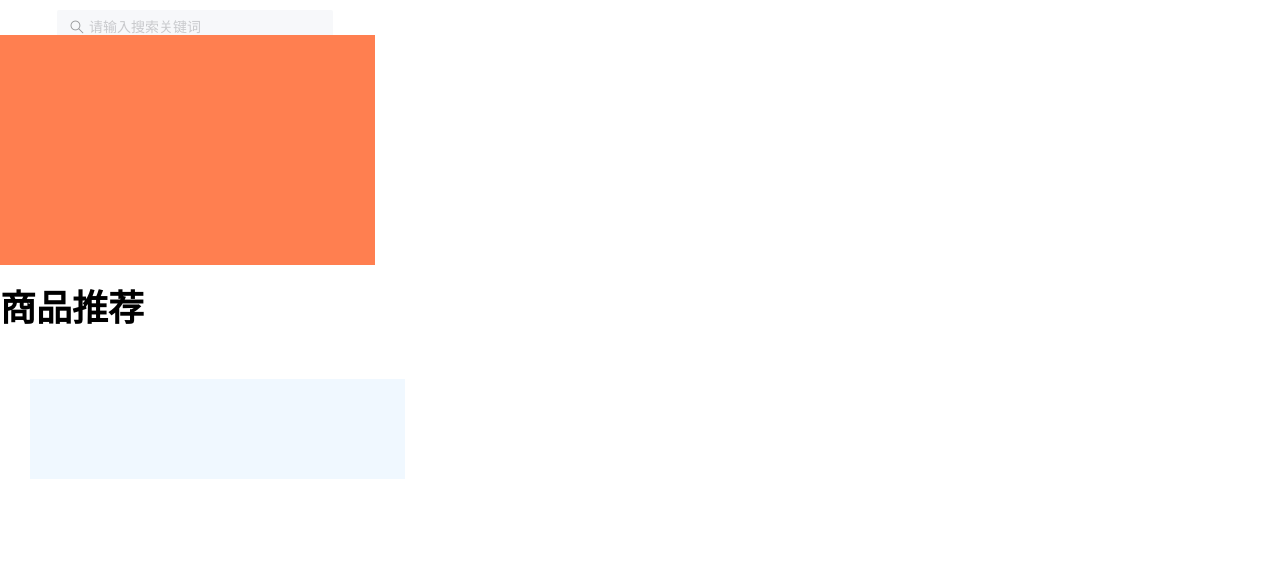
Repository: liyang777777/shangcheng
Page: /
The author's editor kept a copy of each file at every save. The page is drawn from the files as they stood at one save, then again after the next save.
The browser window is 1280 px wide. The pictures show the whole page.
The page's requests for data from a server got no answer. The project was rebuilt for these pictures with package versions that can differ from the ones it lists, and the page was loaded fresh each time. No one was signed in, and anything a server would have sent is missing. Also part of the build but not shown: vue.config.js. Imported but missing from the stored project, and not drawn on this page: src/views/About.

Above is the page before, as saved 2020-06-24 15:05:39.

### src/main.js
import Vue from 'vue';
import App from './App.vue';
import router from './router';
import store from './store';
import Vant from 'vant';
import 'vant/lib/index.css';
import api from '../src/http/api'
import { Form } from 'vant';
import { Search } from 'vant';
import { Swipe, SwipeItem } from 'vant';
import { Image as VanImage } from 'vant';
import { Card } from 'vant';
import { Icon } from 'vant';
import { PullRefresh } from 'vant';

Vue.config.productionTip = false
Vue.use(Vant);
Vue.prototype.$api = api
Vue.use(Form);
Vue.use(Search);
Vue.use(Swipe);
Vue.use(SwipeItem);
Vue.use(VanImage);
Vue.use(Card);
Vue.use(Icon);
Vue.use(PullRefresh);

new Vue({
  router,
  store,
  render: h => h(App)
}).$mount('#app')

### src/App.vue
<template>
  <div id="app">

    <router-view/>
  </div>
</template>

<style lang="scss">

</style>

### src/router/index.js
import Vue from 'vue'
import VueRouter from 'vue-router'
import Home from '../views/Home.vue'


Vue.use(VueRouter)

  const routes = [
  {
    path: '/',
    name: 'Home',
    component: Home
  },
  {
    path: '/about',
    name: 'About',

    component: () => import('../views/About')
  },
  {
    path: '/details',
    name: 'Details',

    component: () => import('../views/details/Details')
  },
  {
    path: '/login',
    name: 'Login',

    component: () => import('../views/login/Login')
  }
]

const router = new VueRouter({
  mode: 'history',
  base: process.env.BASE_URL,
  routes
})

export default router

### src/store/index.js
import Vue from 'vue'
import Vuex from 'vuex'

Vue.use(Vuex)

export default new Vuex.Store({
  state: {
    slides: [],
    category: [],
    recommend: [],
    floor1: [],
    floor2: [],
    floor3: [],
    floorNameFloor1: [],
    floorNameFloor2: [],
    floorNameFloor3: [],
    hotGoods: []
  },

  mutations: {
    setSlides(state,data) {
      state.slides = data
    },
    setCategory(state,data) {
      state.category = data
    },
    setRecommend(state,data) {
      state.recommend = data
    },
    setFloor1(state,data) {
      state.floor1 = data
    },
    setFloor2(state,data) {
      state.floor2 = data
    },
    setFloor3(state,data) {
      state.floor3 = data
    },
    setFloorNameFloor1(state,data) {
      state.floorNameFloor1 = data
    },
    setFloorNameFloor2(state,data) {
      state.floorNameFloor2 = data
    },
    setFloorNameFloor3(state,data) {
      state.floorNameFloor3 = data
    },
    setHotGoods(state,data) {
      state.hotGoods = data
    },
  },
  actions: {
  },
  modules: {
  }
})

### src/http/api.js
import service from './index'

export default {
    // login(params) {
    //     return service.post('/user/login',params)
    // },
    // 获取首页数据
    getDataHome() {
        return service.get('/recommend')
    },
    // 搜索
    getDataSearch(value) {
        return service.get('/search')
    },
    // 分类查询
    getDataQuery(id) {
        return service.get('/classification?mallSubId=${id}')
    },
    // 查询获取购物车数据
    getDataCart() {
        return service.get('/getCard')
    },
    // 单个商品详情
    getDataSingle() {
        return service.get('/goods/one?id=${id}')
    },
    //  查询用户订单数量
    getDataUser() {
        return service.get('/myOrder/orderNum')
    },
    //  获取登录注册默认验证码
    getDataCode() {
        return service.get('/v1/verify')
    },
    // 查询用户收货地址
    getDataCustomer() {
        return service.get('/getAddress')
    },
    // 查询默认收货地址
    getDataDefault() {
        return service.get('/getDefaultAddress')
    },
    // 查询我的收藏
    getDataCollection() {
        return service.get('/collection/list')
    },
    // 订单查询
    getDataOrquery() {
        return service.get('/getMyOrder')
    },
    // 查询已评价
    getDataEvaluated() {
        return service.get('/alreadyEvaluated')
    },
    // 查询未评价
    getDataNotEvaluated() {
        return service.get('/tobeEvaluated')
    },
    // 购物车加减商品
    getEditCart(count, id, mallPrice) {
        return service.post('/editCart', {
            count,
            id,
            mallPrice
        })
    },
    // 购物车商品删除
    getDeleteShop(id) {
        return service.post('/deleteShop', {
            id
        })
    },
    // 购物车支付页面
    getder(address, tel, orderld, totalPrice, idDirect, count) {
        return service.post('/order', {
            address,
            tel,
            orderld,
            totalPrice,
            idDirect,
            count
        })
    },
    // 收藏单个商品
    getCollection(goods) {
        return service.post('/collection', {
            goods
        })
    },
    // 取消收藏
    getCancelCollection(id) {
        return service.post('/cancelCollection', {
            id
        })
    },
    // 查询商品是否已收藏
    getIsCollection(id) {
        return service.post('/isCollection', {
            id
        })
    },
    // 加入购物车
    getAddShop(id) {
        return service.post('/addShop', {
            id
        })
    },
// 退出登录
    getLoginOut() {
        return service.post('/loginOut')
    },
    // 获取用户信息
    getQueryUser() {
        return service.post('/queryUser')
    },
    // 修改保存用户信息
    getSaveUser() {
        return service.post('/saveUser', {
            year,
            month,
            day,
            id,
            nickname
        })
    },
    // 商品评论
    getGoodsOne() {
        return service.post('/goodsOne/comment', {
            id,
            rate,
            content,
            anonymous,
            _id,
            order_id,
            image
        })
    },
    // 设置默认收货地址
    getSetDefaultAddress() {
        return service.post('/setDefaultAddress',{
            id
        })
    },
    // 增加收货地址
    getName() {
        return service.post('/address', {
            name,
            tel,
            address,
            isDefault,
            province,
            city,
            county,
            addressDetail,
            areaCode,
            id
        })
    },
    // 删除地址
    getDeleteAddress() {
        return service.post('/deleteAddress',{
            id
        })
    },
    // 注册
    getRegister() {
        return service.post('/register',{
            nickname,
            password,
            verify
        })
    },
    // 登录
    getLogin() {
        return service.post('/login',{
            nickname,
            password,
            verify
        })
    },
    // 查询单条评论
    getEluateOne() {
        return service.post('/evaluateOne',{
            id,
            _id
        })
    }
}

### src/views/Home.vue
<template>
  <div class="All">
    <div>
      <Nav></Nav>
    </div>
    <div>
      <Roc></Roc>
    </div>
    <div>
      <Mip></Mip>
    </div>
    <div>
      <Prre></Prre>
    </div>
    <div>
      <Snacks></Snacks>
    </div>
    <div>
      <Dap></Dap>
    </div>
    <div>
      <Fruits></Fruits>
    </div>
    <div>
      <Hgo></Hgo>
    </div>
  </div>
</template>

<script>
import axios from "axios";
import Nav from "../components/Nav";
import Roc from "../components/Roc";
import Mip from "../components/Mip";
import Prre from "../components/Prre";
import Snacks from "../components/Snacks";
import Fruits from "../components/Fruits";
import Dap from "../components/Dap";
import Hgo from "../components/Hgo";
export default {
  name: "",
  props: {},
  components: {
    Nav,
    Roc,
    Mip,
    Prre,
    Snacks,
    Hgo,
    Fruits,
    Dap
  },
  data() {
    return {};
  },
  methods: {},
  mounted() {
    this.$api
      .getDataHome()
      .then(res => {
        this.$store.commit("setSlides", res.data.slides); //轮播图
        this.$store.commit("setCategory", res.data.category); //中间部分
        this.$store.commit("setRecommend", res.data.recommend); //商品推荐
        this.$store.commit("setFloor1", res.data.floor1); //休闲食品
        this.$store.commit("setFloor2", res.data.floor2); //新鲜水果
        this.$store.commit("setFloor3", res.data.floor3); //营养奶品
        this.$store.commit("setFloorNameFloor1", res.data.floorName.floor1);
        this.$store.commit("setFloorNameFloor2", res.data.floorName.floor2);
        this.$store.commit("setFloorNameFloor3", res.data.floorName.floor3);
        this.$store.commit("setHotGoods",res.data.hotGoods)
        console.log(res.data.hotGoods);
      })
      .catch(err => {
        console.log(err);
      });
  },
  watch: {},
  computed: {}
};
</script>

<style scoped lang='scss'>
</style>

### src/http/index.js
import axios from 'axios'
const service = axios.create({
    baseURL: '/api',
    timeout: 10000
})


service.interceptors.response.use( res => {
    return res.data
})


export default service

### src/components/Nav.vue
<template>
  <!-- 顶部 -->
  <div class="content">
    <div class="box2">
      <van-search v-model="value" placeholder="请输入搜索关键词" />
    </div>
  </div>
</template>

<script>
import { Toast } from "vant";
export default {
  name: "",
  props: {},
  components: {},
  data() {
    return {
      value: ""
    };
  },
  methods: {},
  mounted() {},
  watch: {},
  computed: {}
};
</script>

<style scoped lang='scss'>
.box2 {
  width: 300px;
  height: 25px;
  margin-left: 45px;
  font-size: 18px;
}
</style>

### src/components/Roc.vue
<template>
<!-- 轮播图 -->
  <div class="box">
    <van-swipe :autoplay="3000">
      <van-swipe-item v-for="(item, index) in slides" :key="index">
        <img v-lazy="item.image" class="img">
      </van-swipe-item>
    </van-swipe>
  </div>
</template>

<script>
import Vue from "vue";
import { Lazyload } from "vant";
Vue.use(Lazyload);

export default {
  name: "",
  props: {

  },
  components: {},
  data() {
    return {

    };
  },
  methods: {},
  mounted() {},
  watch: {},
  computed: {
    slides() {
      return this.$store.state.slides;
    }
  }
};
</script>

<style scoped lang='scss'>
.img {
    width: 375px;
    height: 200px;
    margin-top: 30px;
}
</style>

### src/components/Mip.vue
<template>
  <!-- 中间部分 -->
  <div>
    <div class="box">
      <div v-for="(item,index) in category" :key="index" class="box1">
        <img :src="item.image" class="img" />
        <div class="name">{{item.mallCategoryName}}</div>
      </div>
      <div>
        <img src="https://images.baixingliangfan.cn/advertesPicture/20180404/20180404085441_850.gif" class="img1">
      </div>
    </div>
  </div>
</template>

<script>
export default {
  name: "",
  props: {},
  components: {},
  data() {
    return {};
  },
  methods: {},
  mounted() {},
  watch: {},
  computed: {
    category() {
      return this.$store.state.category;
    }
  }
};
</script>

<style scoped lang='scss'>
.box {
  width: 375px;
  height: 230px;
  display: flex;
  position: relative;
  background: coral;
  top: 10px;
}
.img {
  width: 50px;
  height: 50px;
  margin-left: 20px;
  margin-top: 20px;
}
.name {
  margin-left: 10px;
}
.img1 {
  width: 300px;
  height: 50px;
  margin-top: 120px;
  margin-left: -300px;
}
</style>

### src/components/Prre.vue
<template>
  <!-- 商品推荐 -->
  <div>
    <div class="box">
      <h1>商品推荐</h1>
    </div>
    <div class="box1">
      <div v-for="(item,index) in recommend" :key="index">
        <div>
          <img :src="item.image" class="img" width="115px" height="115px" />
        </div>
        <div class="box2">{{item.goodsName}}</div>
        <div class="box3">￥{{item.mallPrice}}</div>
        <div class="box4">￥{{item.price}}</div>
        <div class="box5">
          <van-icon name="cart-o" color="#FFA82E" />
          <van-tag plain type="danger">查看详情</van-tag>
        </div>
      </div>
    </div>
  </div>
</template>

<script>
export default {
  name: "",
  props: {},
  components: {},
  data() {
    return {};
  },
  methods: {},
  mounted() {},
  watch: {},
  computed: {
    recommend() {
      return this.$store.state.recommend;
    }
  }
};
</script>

<style scoped lang='scss'>
.box {
  width: 200px;
  height: 100px;
  font-size: 18px;
}
.box1 {
  width: 375px;
  height: 100px;
  display: flex;
  margin-left: 30px;
  background: aliceblue;
}
.box2 {
  font-size: 14px;
}
.box4 {
  margin-top: -20px;
  margin-left: 60px;
  text-decoration: line-through;
}
</style>

### src/components/Snacks.vue
<template>
  <!-- 休闲食品 -->
  <div>
    <div>
      <div class="All" v-for="(item,index) in floor1" :key="index">
        <div>
          <img :src="item.image" class="img" />
        </div>
        <div v-for="(item,index) in floorNameFloor1" :key="index">
          <div>{{item.floorNameFloor1}}</div>
        </div>
      </div>
    </div>
  </div>
</template>

<script>
export default {
  name: "",
  props: {},
  components: {},
  data() {
    return {};
  },
  methods: {},
  mounted() {},
  watch: {},
  computed: {
    floor1() {
      return this.$store.state.floor1;
    },

    floorNameFloor1() {
      return this.$store.state.floorNameFloor1;
    }
  }
};
</script>

<style scoped lang='scss'>
.All {
  width: 100px;
  height: 100px;
  font-size: 18px;
  display: flex;
  margin-top: 120px;
  margin-left: 10px;
  color: rgb(243, 25, 25);
}

.img {
  width: 200px;
  height: 200px;
}
</style>

### src/components/Fruits.vue
<template>
<!-- 新鲜水果 -->
 <div>
 <div class="All" v-for="(item,index) in floor2" :key="index">
        <div>
          <img :src="item.image" class="img" />
        </div>
        <div v-for="(item,index) in floorNameFloor2" :key="index">
          <div>{{item.floorNameFloor2}}</div>
        </div>
      </div>
 </div>
</template>

<script>
 export default {
   name: '',
   props: {
   },
   components: {

   },
   data () {
     return {

     }
   },
   methods: {

   },
   mounted() {

   },
   watch: {

   },
   computed: {
 floor2() {
      return this.$store.state.floor2;
    },
    floorNameFloor2() {
      return this.$store.state.floorNameFloor2;
    },
   }
 }
</script>

<style scoped lang='scss'>
.All {
  width: 100px;
  height: 100px;
  font-size: 18px;
  display: flex;
  margin-top: 150px;
  margin-left: 10px;
  color: rgb(243, 25, 25);
}
.img {
  width: 200px;
  height: 200px;
}
</style>

### src/components/Dap.vue
<template>
<!-- 营养奶品 -->
 <div>
<div class="All" v-for="(item,index) in floor3" :key="index">
        <div>
          <img :src="item.image" class="img" />
        </div>
        <div v-for="(item,index) in floorNameFloor3" :key="index">
          <div>{{item.floorNameFloor3}}</div>
        </div>
      </div>
 </div>
</template>

<script>
 export default {
   name: '',
   props: {
   },
   components: {

   },
   data () {
     return {

     }
   },
   methods: {

   },
   mounted() {

   },
   watch: {

   },
   computed: {
floor3() {
      return this.$store.state.floor3;
    },
     floorNameFloor3() {
      return this.$store.state.floorNameFloor3;
    }
   }
 }
</script>

<style scoped lang='scss'>
.All {
  width: 100px;
  height: 100px;
  font-size: 18px;
  display: flex;
  margin-top: 180px;
  margin-left: 10px;
  color: rgb(243, 25, 25);
}
.img {
  width: 200px;
  height: 200px;
}
</style>

### src/components/Hgo.vue
<template>
  <!-- 热销商品 -->
  <div>
    <div>
      <div v-for="(item,index) in hotGoods" :key="index">
        <div>
          <img :src="item.image" class="img" />
        </div>
        <div>{{item.mallPrice}}</div>
        <div>{{item.name}}</div>
        <div>{{item.price}}</div>
      </div>
    </div>
  </div>
</template>

<script>
export default {
  name: "",
  props: {},
  components: {},
  data() {
    return {};
  },
  methods: {},
  mounted() {},
  watch: {},
  computed: {
    hotGoods() {
      return this.$store.state.hotGoods;
    }
  }
};
</script>

<style scoped lang='scss'>
</style>

Loaded but not shown: public/index.html (common file)

After the next save:
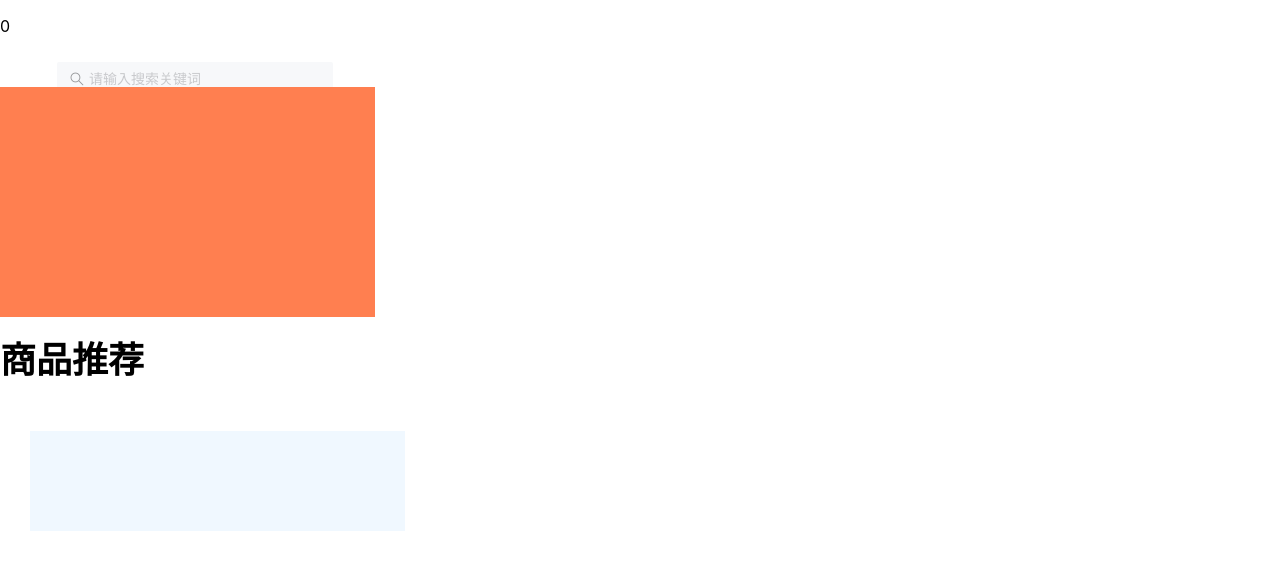
Saved 3 min 28 s later.
--- a/src/views/Home.vue
+++ b/src/views/Home.vue
@@ -1,5 +1,8 @@
 <template>
   <div class="All">
+    <van-pull-refresh v-model="isLoading" @refresh="onRefresh">
+  <p>{{ count }}</p>
+</van-pull-refresh>
     <div>
       <Nav></Nav>
     </div>
@@ -37,6 +40,8 @@ import Snacks from "../components/Snacks";
 import Fruits from "../components/Fruits";
 import Dap from "../components/Dap";
 import Hgo from "../components/Hgo";
+import { Toast } from 'vant';
+
 export default {
   name: "",
   props: {},
@@ -51,9 +56,20 @@ export default {
     Dap
   },
   data() {
-    return {};
+    return {
+      count: 0,
+      isLoading: false,
+    };
   },
-  methods: {},
+  methods: {
+      onRefresh() {
+      setTimeout(() => {
+        Toast('刷新成功');
+        this.isLoading = false;
+        this.count++;
+      }, 1000);
+    },
+  },
   mounted() {
     this.$api
       .getDataHome()
